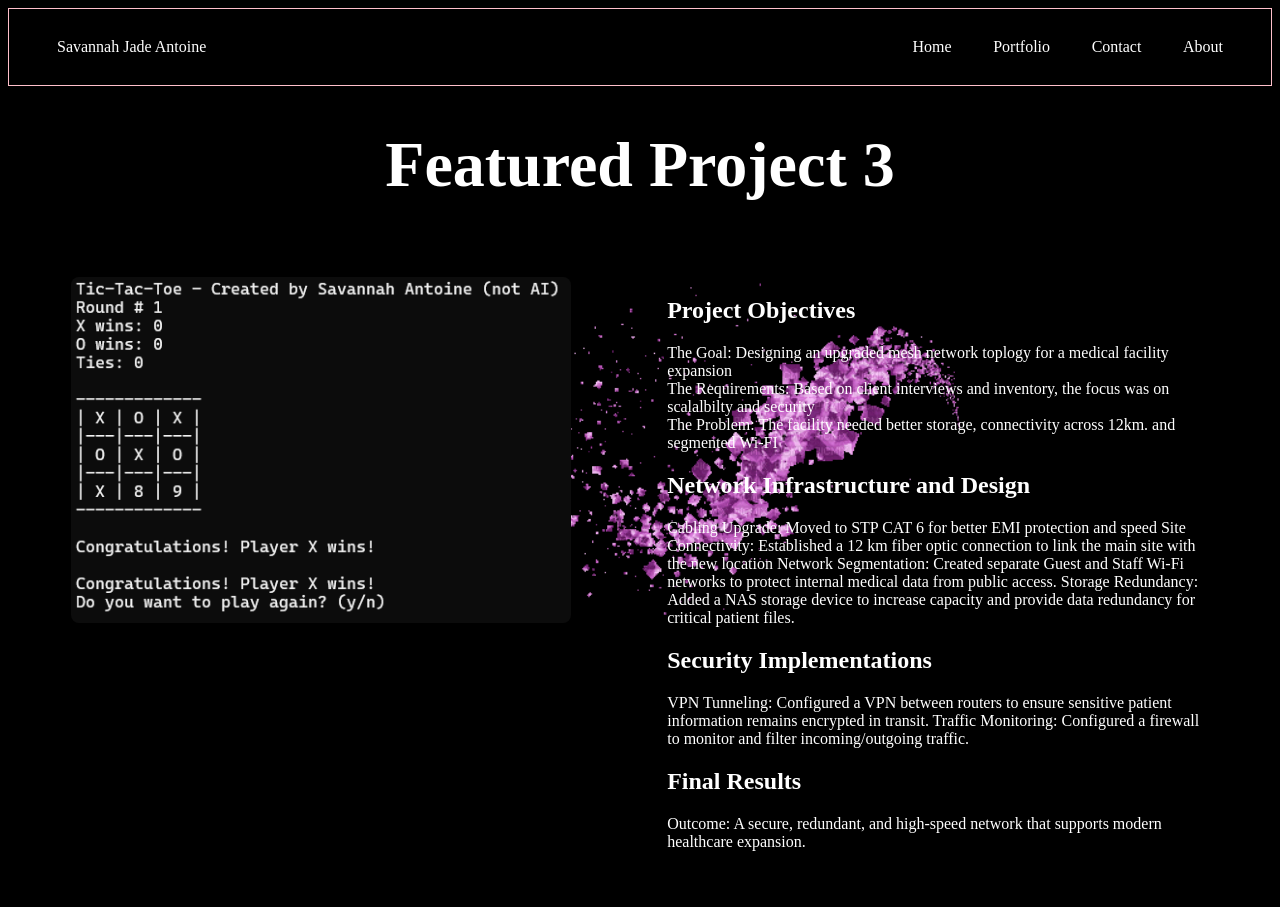
Repository: Savannah-Antoine/Savannah-Antoine
Page: pages/project-name-3.html
An editor plug-in stored every save of this project. The page is shown before and after the next save, followed by the edit.
The browser window is 1280 px wide. The pictures show the whole page.

Above is the page before, as saved 2026-05-16 01:11:46.

After the next save:
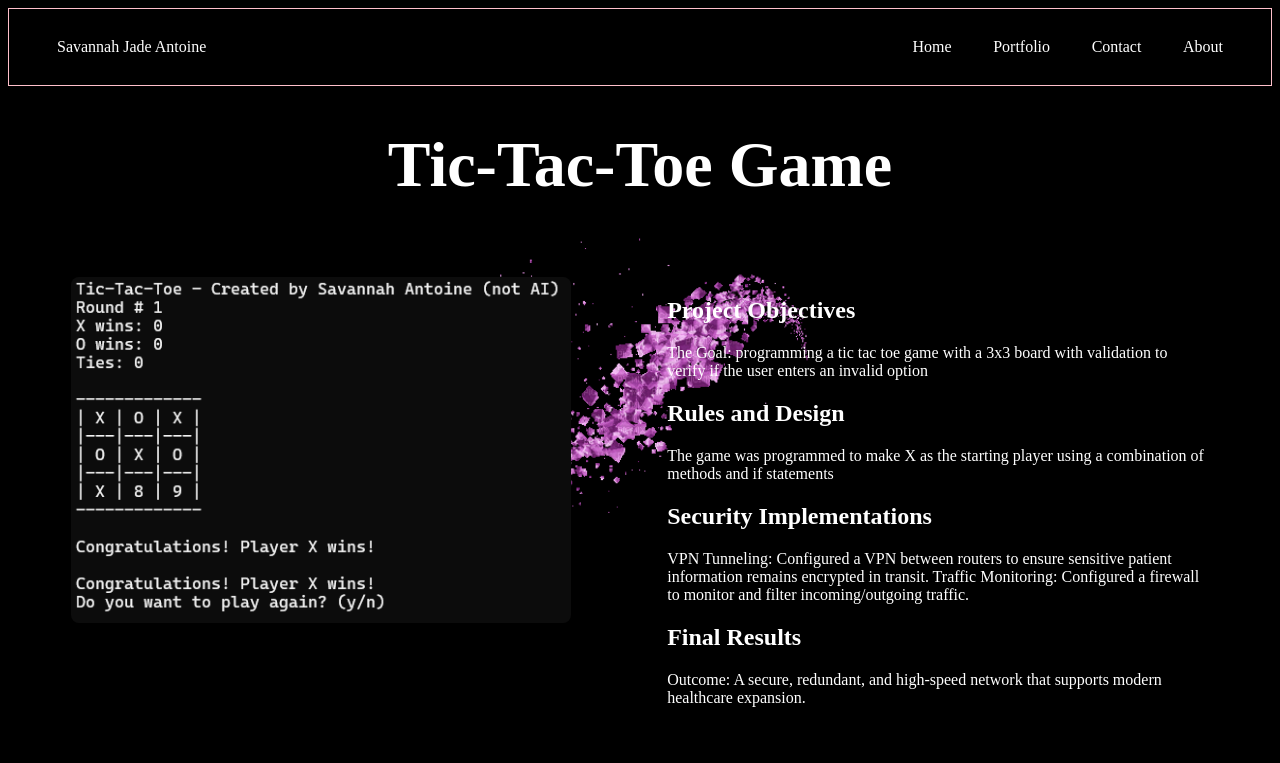
Saved 3 min 30 s later.
--- a/pages/project-name-3.html
+++ b/pages/project-name-3.html
@@ -21,7 +21,7 @@
            <li><a   href = "../index.html">Savannah Jade Antoine</a></li>
         </ul>
 </nav>
-    <h1>Featured Project 3</h1>
+    <h1>Tic-Tac-Toe Game</h1>
 </header>
 <main class = "container">
 
@@ -33,16 +33,10 @@
 <section>
 <h2>Project Objectives</h2>
     <p>
-        The Goal: Designing an upgraded mesh network toplogy for a medical facility expansion<br>
-        The Requirements: Based on client interviews and inventory, the focus was on scalalbilty and security<br>
-        The Problem: The facility needed better storage, connectivity across 12km. and segmented Wi-FI
-    </p>
-<h2>Network Infrastructure and Design</h2>
+        The Goal: programming a tic tac toe game with a 3x3 board with validation to verify if the user enters an invalid option
+<h2>Rules and Design</h2>
 <p>
-    Cabling Upgrade: Moved to STP CAT 6 for better EMI protection and speed
-    Site Connectivity: Established a 12 km fiber optic connection to link the main site with the new location
-    Network Segmentation: Created separate Guest and Staff Wi-Fi networks to protect internal medical data from public access.
-     Storage Redundancy: Added a NAS storage device to increase capacity and provide data redundancy for critical patient files.
+    The game was programmed to make X as the starting player using a combination of methods and if statements
 </p>
 
 
